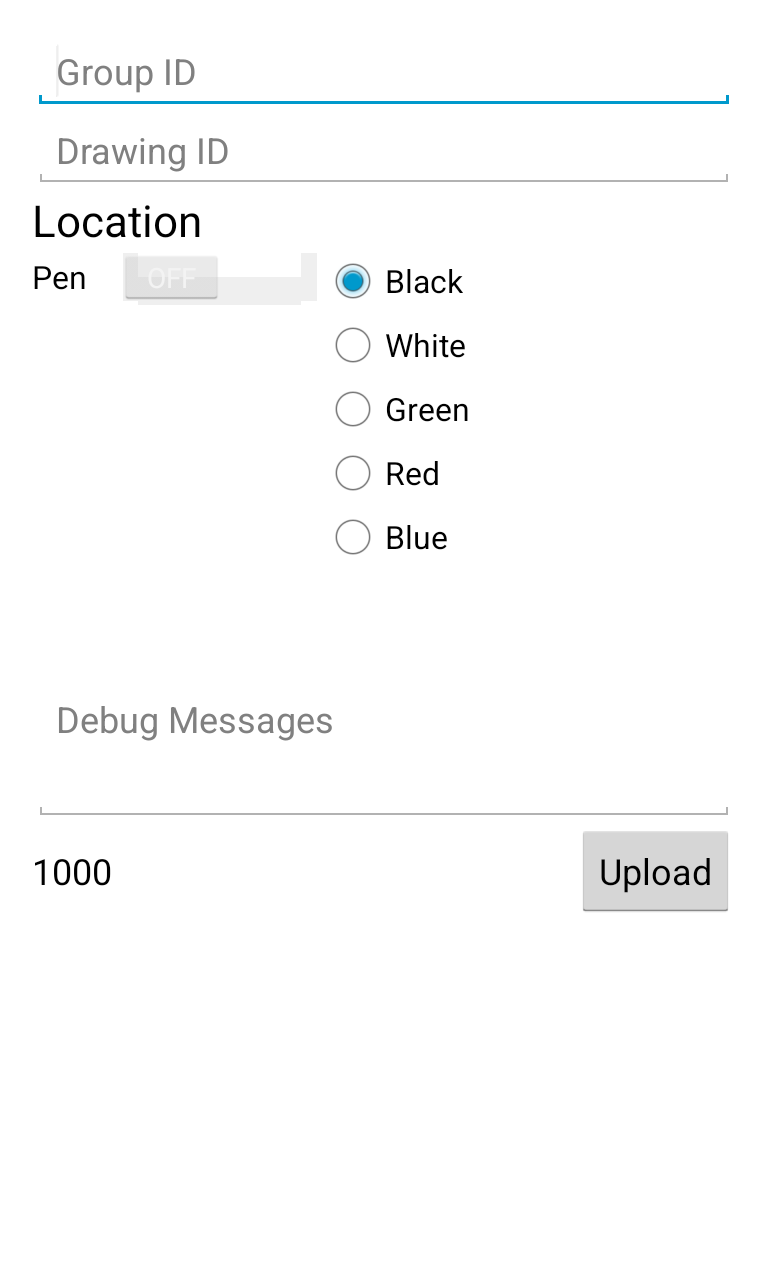
Repository: orsonteodoro/gpsdraw
Layout: gpsdraw/gpsdraw/res/layout/fragment_gpsdraw.xml
The author's editor kept a copy of each file at every save. The layout is drawn from the files as they stood at one save, then again after the next save.
It is drawn on a 768 x 1280 px phone screen (xhdpi) without system bars, with theme AppTheme; the app's code is not run.

Above is the layout before, as saved 2014-05-05 20:55:16.

After the next save:
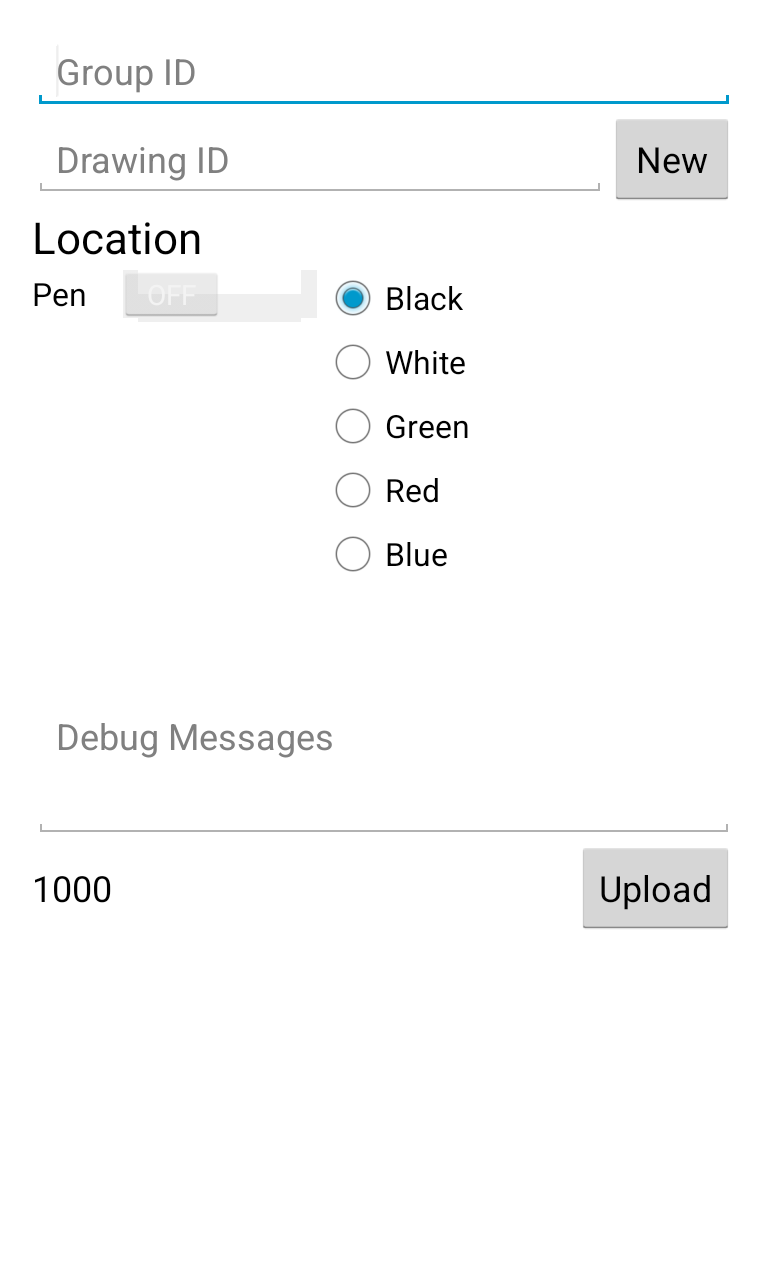
Saved 30 min 5 s later.
--- a/gpsdraw/gpsdraw/res/layout/fragment_gpsdraw.xml
+++ b/gpsdraw/gpsdraw/res/layout/fragment_gpsdraw.xml
@@ -27,12 +27,24 @@
             <requestFocus />
         </EditText>
 
-        <EditText
-            android:id="@+id/editTextDrawingId"
+        <LinearLayout
             android:layout_width="match_parent"
-            android:layout_height="wrap_content"
-            android:ems="10"
-            android:hint="@string/drawing_id" />
+            android:layout_height="wrap_content" >
+
+            <EditText
+                android:id="@+id/editTextDrawingId"
+                android:layout_width="168dp"
+                android:layout_height="wrap_content"
+                android:layout_weight="0.22"
+                android:ems="10"
+                android:hint="@string/drawing_id" />
+
+            <Button
+                android:id="@+id/buttonNew"
+                android:layout_width="wrap_content"
+                android:layout_height="wrap_content"
+                android:text="New" />
+        </LinearLayout>
 
         <TextView
             android:id="@+id/textViewLocation"
